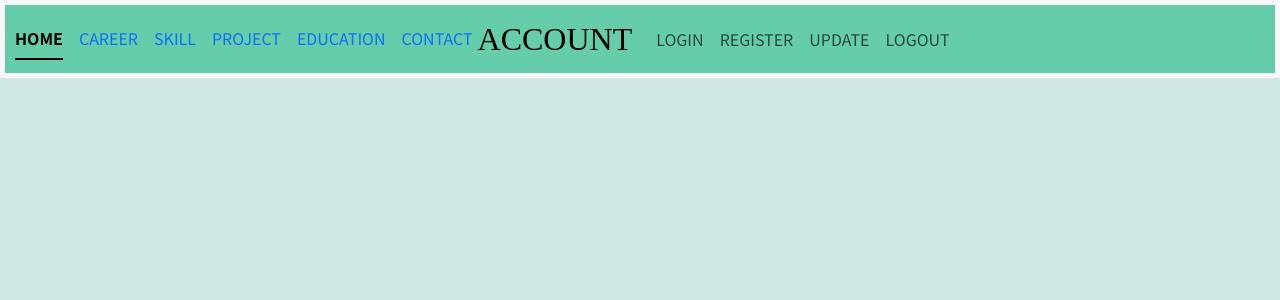
Repository: chaejunho689/bitcamp
Page: PersonalProject/src/main/webapp/contact.html
These files come from the project's save history. The page is drawn as it stood at one moment and after the next save; the edit follows.
The browser window is 1280 px wide. The pictures show the whole page.

Above is the page before, as saved 2024-08-29 09:30:16.

### PersonalProject/src/main/webapp/contact.html
<!DOCTYPE html>
<html>
<head>
<meta charset="UTF-8">
<title>Insert title here</title>
<link href="https://cdn.jsdelivr.net/npm/bootstrap@5.3.3/dist/css/bootstrap.min.css" rel="stylesheet" integrity="sha384-QWTKZyjpPEjISv5WaRU9OFeRpok6YctnYmDr5pNlyT2bRjXh0JMhjY6hW+ALEwIH" crossorigin="anonymous">
<link rel="stylesheet" href="./css/global.css" />
<style type="text/css">
</style>
</head>
<body>


<!-- gnb -->
	<nav class="navbar navbar-expand-lg bg-body-tertiary" id="navbar_top">
		<div class="container-fluid" id="navbar_top">
		<ul class="nav nav-underline justify-content-end" id="navbar_top">
			<li class="nav-item"><a class="nav-link active"
				aria-current="page" href="./index.html">HOME</a></li>
			<li class="nav-item"><a class="nav-link" href="#">CAREER</a></li>
			<li class="nav-item"><a class="nav-link" href="#">SKILL</a></li>
			<li class="nav-item"><a class="nav-link" href="#">PROJECT</a></li>
			<li class="nav-item"><a class="nav-link" href="#">EDUCATION</a></li>
			<li class="nav-item"><a class="nav-link" href="./contact.html">CONTACT</a></li>
		</ul>
		<button class="navbar-toggler" style="border: 0px;" type="button" data-bs-toggle="collapse" data-bs-target="#navbarTogglerDemo01" aria-controls="navbarTogglerDemo01" aria-expanded="false" aria-label="Toggle navigation">
			<span class="navbar-toggler-icon"></span>
		</button>
			<div class="collapse navbar-collapse " id="navbarTogglerDemo01">
				<a class="navbar-brand" href="#">ACCOUNT</a>
				<ul class="navbar-nav me-auto mb-2 mb-lg-0">
					<li class="nav-item"><a class="nav-link" aria-current="page" href="./login.html">LOGIN</a></li>
					<li class="nav-item"><a class="nav-link" href="./register.html">REGISTER</a></li>
					<li class="nav-item"><a class="nav-link" href="./update.html">UPDATE</a></li>
					<li class="nav-item"><a class="nav-link" href="#">LOGOUT</a></li> <!-- model창 -->
				</ul>
			</div>
		</div>
	</nav>

<script src="https://cdn.jsdelivr.net/npm/bootstrap@5.3.3/dist/js/bootstrap.bundle.min.js" integrity="sha384-YvpcrYf0tY3lHB60NNkmXc5s9fDVZLESaAA55NDzOxhy9GkcIdslK1eN7N6jIeHz" crossorigin="anonymous"></script>
<script type="text/javascript" src="http://code.jquery.com/jquery-3.7.1.min.js"></script>
<script type="text/javascript">
$(function() {

	$('#menurotateicon').click(function(){

	})
});
</script>
</body>
</html>

### PersonalProject/src/main/webapp/css/global.css
@charset "UTF-8";
@import url('https://fonts.googleapis.com/css2?family=Work+Sans:ital,wght@0,100..900;1,100..900&display=swap');
@import url('https://fonts.googleapis.com/css2?family=Noto+Sans+KR:wght@100..900&family=Work+Sans:ital,wght@0,100..900;1,100..900&display=swap');


* {
		font-family: 'Noto Sans KR';
	}

	body {
		background-color: #d0e7e2;
	}
	.navbar-brand {
		font-size: 2em;
		font-family: 'Bebas Neue';
	}

	#navbar_top {
		background-color: #66CDAA;
		padding: 5px 5px 5px 5px;
	}

	#navbar_top > li {
		font-family: 'Work Sans';
	}

	#navbar_top > li > a:visited {
    	color: #000000 !important;
	}

	#navbar_top > li > a:hover, ul.nav li a:active {
	    color: #000000 !important;
	}

	#navbar_top > li.active a {
	    color: #000000 !important;
	}

	#maincontent > div {
		font-family: 'Work Sans';

	}

	#maincontent > div > p {
		text-align: center;
	}



	#div_job > p {
		font-weight: 800;
		font-size: 5.5em;
		color: #D3D3D3;
		margin-bottom: -80px;
	}

	#div_name > p {
		font-weight: 900;
		font-size: 5.9em;
		color : #2b2b2b;
		margin-top: -80px;
	}

	#div_copyright > p {
		font-family: 'Noto Sans KR' !important;
		font-size: 3em;
		font-weight: 400;
		color: #2b2b2b;
		margin-top: -40px;
	}

After the next save:
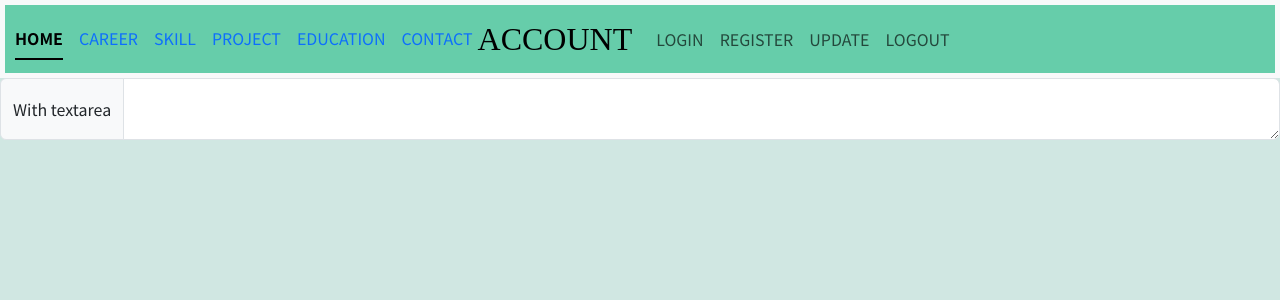
Saved 4 s later.
--- a/PersonalProject/src/main/webapp/contact.html
+++ b/PersonalProject/src/main/webapp/contact.html
@@ -38,6 +38,13 @@
 		</div>
 	</nav>
 
+
+<div class="input-group">
+  <span class="input-group-text">With textarea</span>
+  <textarea class="form-control" aria-label="With textarea"></textarea>
+</div>
+
+
 <script src="https://cdn.jsdelivr.net/npm/bootstrap@5.3.3/dist/js/bootstrap.bundle.min.js" integrity="sha384-YvpcrYf0tY3lHB60NNkmXc5s9fDVZLESaAA55NDzOxhy9GkcIdslK1eN7N6jIeHz" crossorigin="anonymous"></script>
 <script type="text/javascript" src="http://code.jquery.com/jquery-3.7.1.min.js"></script>
 <script type="text/javascript">
